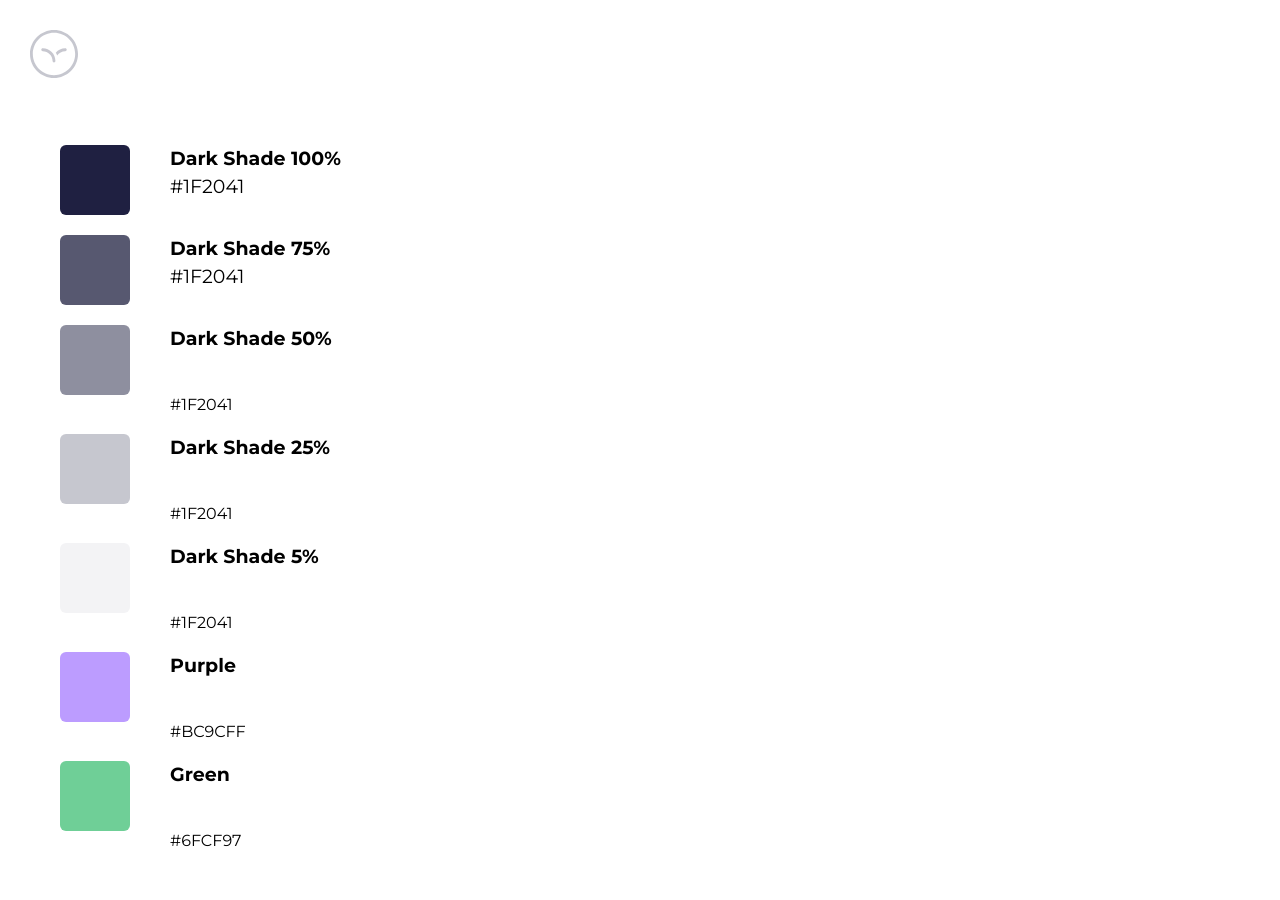
Repository: Inzhir2022/quatrain
Page: ui/index.html
The author's editor kept a copy of each file at every save. The page is drawn from the files as they stood at one save, then again after the next save.
The browser window is 1280 px wide. The pictures show the whole page.

Above is the page before, as saved 2022-07-23 09:50:31.

After the next save:
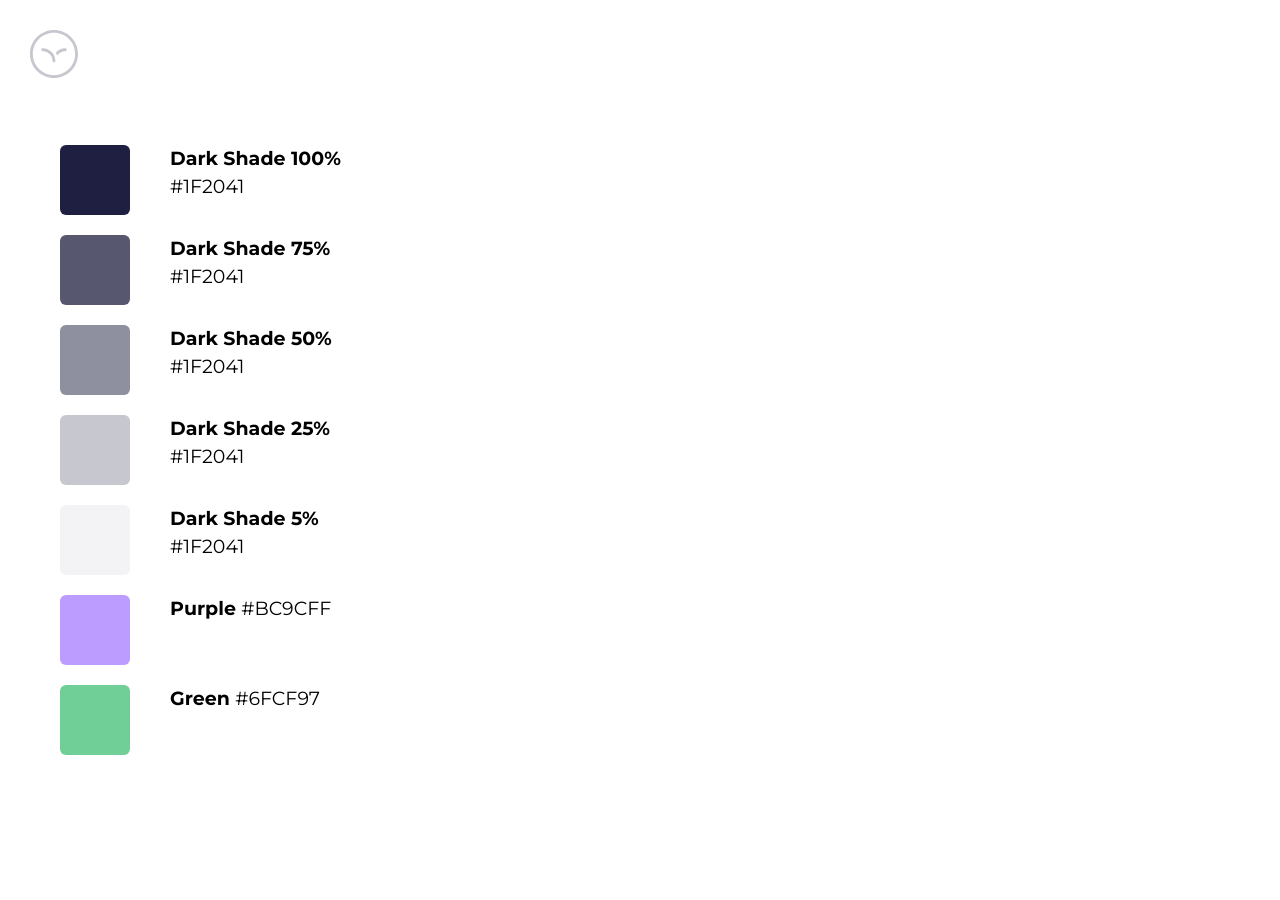
Saved 37 s later.
--- a/ui/index.html
+++ b/ui/index.html
@@ -38,28 +38,33 @@
         </div>
         <div class="colors__wrapper">
           <div class="colors__item colors__item_darkShade_50"></div>
-          <div class="colors__title">Dark Shade 50%</div>
-          <span class="colors__subtitle">#1F2041</span>
+          <div class="colors__title">Dark Shade 50%
+            <span class="colors__subtitle">#1F2041</span>
+          </div>
         </div>
         <div class="colors__wrapper">
           <div class="colors__item colors__item_darkShade_25"></div>
-          <div class="colors__title">Dark Shade 25%</div>
-          <span class="colors__subtitle">#1F2041</span>
+          <div class="colors__title">Dark Shade 25%
+            <span class="colors__subtitle">#1F2041</span>
+          </div>
         </div>
         <div class="colors__wrapper">
           <div class="colors__item colors__item_darkShade_5"></div>
-          <div class="colors__title">Dark Shade 5%</div>
-          <span class="colors__subtitle">#1F2041</span>
+          <div class="colors__title">Dark Shade 5%
+            <span class="colors__subtitle">#1F2041</span>
+          </div>
         </div>
         <div class="colors__wrapper">
           <div class="colors__item colors__item_purple"></div>
-          <div class="colors__title">Purple</div>
-          <span class="colors__subtitle">#BC9CFF</span>
+          <div class="colors__title">Purple
+            <span class="colors__subtitle">#BC9CFF</span>
+          </div>
         </div>
         <div class="colors__wrapper">
           <div class="colors__item colors__item_green"></div>
-          <div class="colors__title">Green</div>
-          <span class="colors__subtitle">#6FCF97</span>
+          <div class="colors__title">Green
+            <span class="colors__subtitle">#6FCF97</span>
+          </div>
         </div>
 
       </div>
